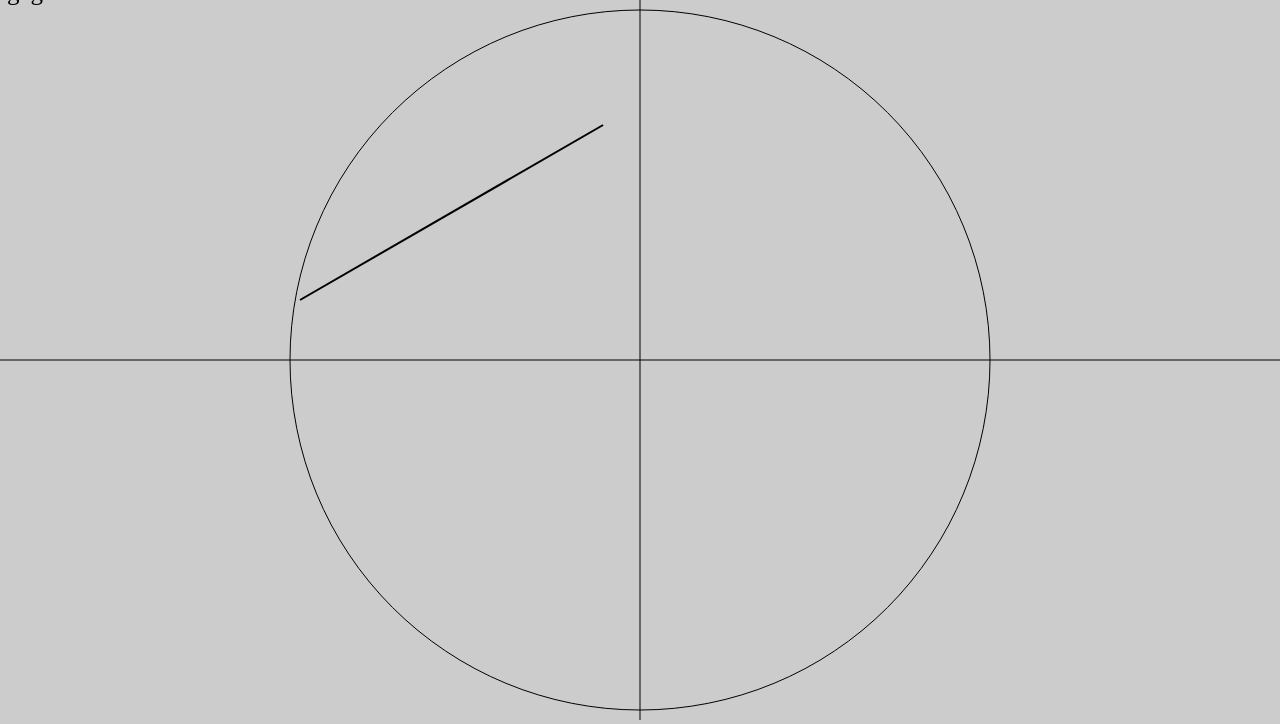
Repository: BraynStorm/braynstorm.github.io
Page: JSDrawing/index.html
These files come from the project's save history. The page is drawn as it stood at one moment and after the next save; the edit follows.
The browser window is 1280 px wide. The pictures show the whole page.

Above is the page before, as saved 2015-02-24 15:49:24.

After the next save:
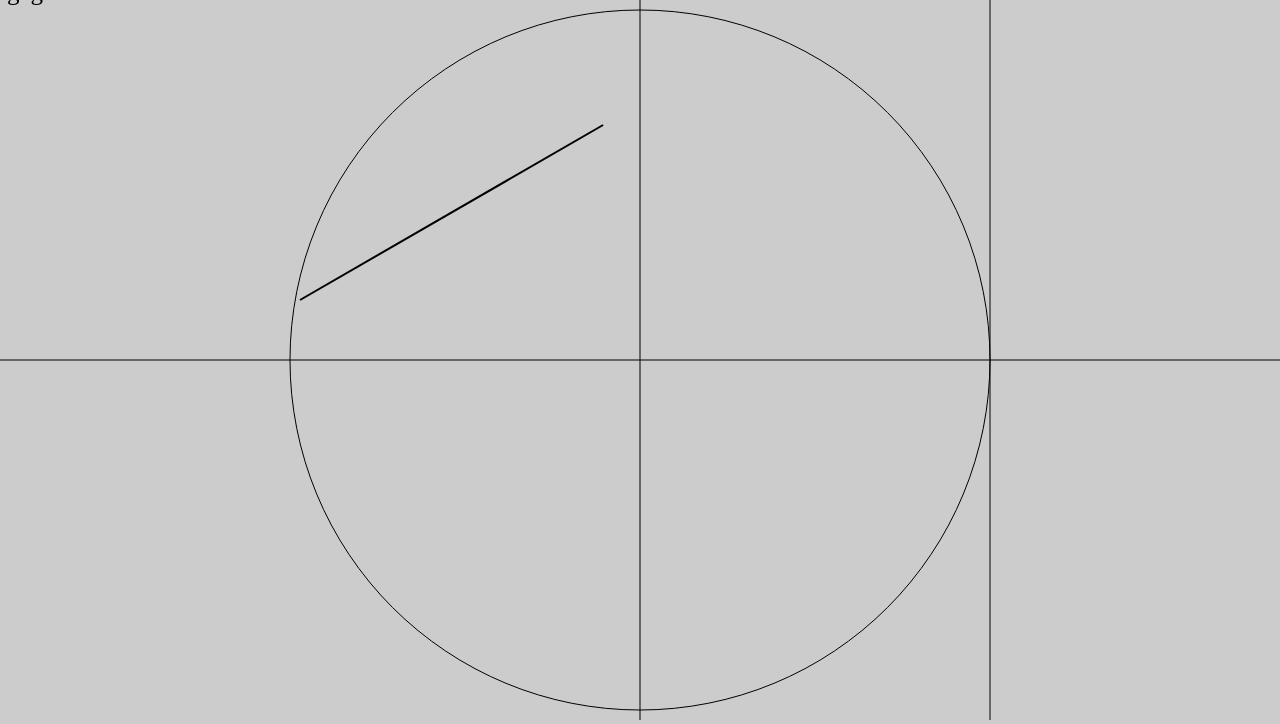
Saved 9 s later.
--- a/JSDrawing/index.html
+++ b/JSDrawing/index.html
@@ -15,7 +15,7 @@
 				<line style="stroke:rgb(0,0,0);stroke-width:1;" id="sinLine" />
 				<line style="stroke:rgb(0,0,0);stroke-width:1;" id="cosLine" />
 
-				<linestyle="stroke:rgb(0,0,0);stroke-width:1;" id="tgLine" />
+				<line style="stroke:rgb(0,0,0);stroke-width:1;" id="tgLine" />
 				<line style="stroke:rgb(0,0,0);stroke-width:1;" id="cotgLine" />
 
 				<text style="font-size:25px;">cos</text>
